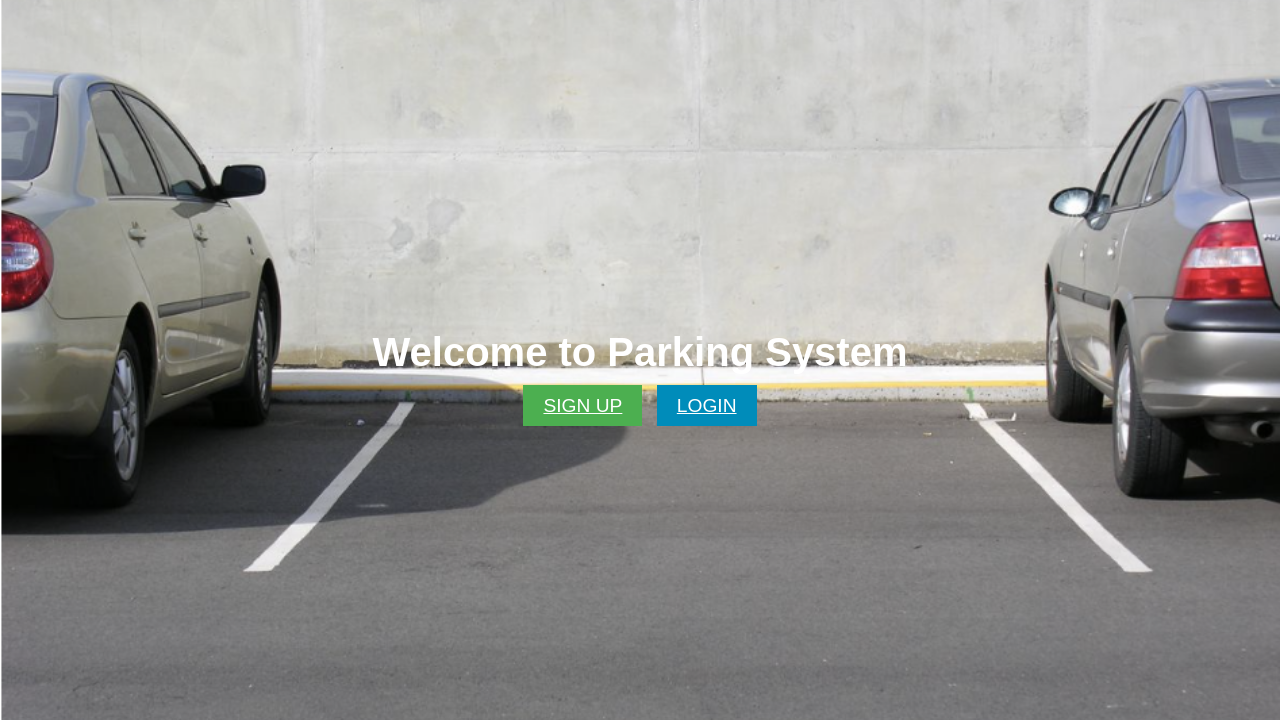
Repository: suryavishakan/parking_management
Page: http://localhost/
An editor plug-in stored every save of this project. The page is shown before and after a run of saves, followed by the edit.
The browser window is 1280 px wide. The pictures show the whole page.
The page is served by the project's application, run on Flask 3 (app.py). Queries for data that is not in the repository find no rows.

Above is the page before, as saved 2024-04-20 08:29:16.

### templates/homePage.html
<!DOCTYPE html>
<html lang="en">
<head>
    <meta charset="UTF-8">
    <meta name="viewport" content="width=device-width, initial-scale=1.0">
    <title>Welcome to Parking System</title>
    <style>
        body {
            margin: 0;
            padding: 0;
            font-family: Arial, sans-serif;
            background-image: url('car_parking_image.jpg');
            background-size: cover;
            background-position: center;
            background-attachment: fixed;
            height: 100vh;
            display: flex;
            justify-content: center;
            align-items: center;
            color: white;
        }
        .container {
            text-align: center;
        }
        h1 {
            font-size: 2.5rem;
            margin-bottom: 20px;
        }
        .btn {
            padding: 10px 20px;
            font-size: 1.2rem;
            text-transform: uppercase;
            border: none;
            cursor: pointer;
            margin: 5px;
        }
        .btn-signup {
            background-color: #4CAF50;
            color: white;
        }
        .btn-login {
            background-color: #008CBA;
            color: white;
        }
        .btn:hover {
            opacity: 0.8;
        }
    </style>
</head>
<body>
    <div class="container">
        <h1>Welcome to Parking System</h1>
        <div>
            <a href="signup.html" class="btn btn-signup">Sign Up</a>
            <a href="login.html" class="btn btn-login">Login</a>
        </div>
    </div>
</body>
</html>

### app.py
from flask import Flask, Response, request, render_template, jsonify, redirect, url_for, request, flash, session
import pymongo
import secrets
import json
from bson.objectid import ObjectId
from bson.json_util import dumps
from functools import wraps

app=Flask(__name__)
app.secret_key = secrets.token_hex(32)

try:
    mongo = pymongo.MongoClient(
        host = 'localhost',
        port = 27017,
        serverSelectionTimeoutMS = 1000
    )
    db = mongo.ParkingManagementSystemDb #connect to mongodb1
    users_collection = db.admin
    user_collection = db["customer"]
    #cart_collection = db["cart"]
    mongo.server_info() #trigger exception if cannot connect to db
except:
    print("Error connecting to MongoDB")

@app.route('/get/admin', methods=['GET'])
def displayall():
  try:
    documents = db.admin.find()
    output = [{item: data[item] for item in data if item != '_id'} for data in documents]
    return jsonify(output)
  except Exception as ex:
    response = Response("Search Records Error!!",status=500,mimetype='application/json')
    return response

# Route for signup page
@app.route('/signup', methods=['GET', 'POST'])
def signup():
    if request.method == 'POST':
        # Get form data
        username = request.form['username']
        password = request.form['password']

        # Check if username already exists
        if user_collection.find_one({'username': username}):
            flash('Username already exists. Please choose a different one.', 'error')
            return redirect(url_for('signup'))

        # Insert user data into database
        user_data = {'username': username, 'password': password}
        user_collection.insert_one(user_data)

        flash('Signup successful. You can now login.', 'success')
        return redirect(url_for('login'))

    return render_template('signup.html')

# Route to get an employee by name
@app.route('/get/user/<user_name>', methods=['GET'])
def get_user_by_name(user_name):
    try:
        # Using a case-insensitive query to match employee name
        document = db.user.find_one({"user_name": {"$regex": f'^{user_name}$', "$options": 'i'}})

        if document:
            # Exclude _id field from the response
            output = {item: document[item] for item in document if item != '_id'}
            return jsonify(output)
        else:
            return Response("USER not found", status=404, mimetype='application/json')

    except Exception as ex:
        app.logger.error(f"Error retrieving user by name: {ex}")
        return Response("Internal Server Error", status=500, mimetype='application/json')

# Route to get all employees
@app.route('/get/allusers', methods=['GET'])
def get_all_users():
    try:
        # Fetch all documents from the 'employee' collection
        documents = db.user.find()

        # Format the response excluding the _id field
        output = [{item: data[item] for item in data if item != '_id'} for data in documents]

        return jsonify(output)

    except Exception as ex:
        app.logger.error(f"Error retrieving all employees: {ex}")
        return Response("Internal Server Error", status=500, mimetype='application/json')

# Route to update employee details by name
@app.route('/update/user/<user_name>', methods=['PUT'])
def update_user_by_name(user_name):
    try:
        # Using a case-insensitive query to match employee name
        result = db.user.update_one(
            {"employee_name": {"$regex": f'^{user_name}$', "$options": 'i'}},
            {"$set": request.get_json()}
        )

        if result.modified_count > 0:
            return Response("User details updated successfully", status=200, mimetype='application/json')
        else:
            return Response("User not found", status=404, mimetype='application/json')

    except Exception as ex:
        app.logger.error(f"Error updating User details by name: {ex}")
        return Response("Internal Server Error", status=500, mimetype='application/json')

@app.route('/')
def homePage():
    try:
        # Fetch all products from the database
        products_cursor = db.product.find()

        # Convert the cursor to a list of dictionaries
        products = list(products_cursor)

        return render_template('homePage.html', products=products)
    except Exception as ex:
        app.logger.error(f"Error fetching products: {ex}")
        flash('Error fetching products', 'error')
        return render_template('homePage.html', products=[])

# Flask route to render the profile page
@app.route('/profile')
def profile():
    try:
        # Assuming you have a collection named 'users' in your MongoDB
        # Fetch user details from the 'users' collection
        user = db.user.find_one({'username': session['username']})

        if user:
            # Render the profile template with the user details
            return render_template('profile.html', user=user)
        else:
            flash('User details not found', 'error')
            return redirect(url_for('login'))
    except Exception as ex:
        app.logger.error(f"Error fetching user details: {ex}")
        flash('Error fetching user details', 'error')
        return redirect(url_for('login'))

@app.route('/select_user_type', methods=['POST'])
def select_user_type():
    user_type = request.form.get('userType')

    if user_type == 'admin':
        return redirect(url_for('login'))
    elif user_type == 'user':
        return redirect(url_for('login'))
    else:
        flash('Invalid user type selected', 'error')
        return redirect(url_for('index'))

# Update the Flask route for handling login
@app.route('/login', methods=['GET', 'POST'])
def login():
    if request.method == 'POST':
        username = request.form.get('username')
        password = request.form.get('password')

        # Query MongoDB for admin details
        admin_user = users_collection.find_one({'username': username, 'password': password})

        if admin_user:
            # Store admin credentials in the session
            session['username'] = username
            session['password'] = password

            return redirect(url_for('admin_panel'))
        else:
            # Query MongoDB for user details
            user_user = db.user.find_one({'username': username, 'password': password})

            if user_user:
                # Store user credentials in the session
                session['username'] = username
                session['password'] = password

                return redirect(url_for('user_details'))
            else:
                flash('Invalid username or password', 'error')

    return render_template('login.html')


# New route for employee details
@app.route('/user_details')
def user_details():
    # Check if user is authenticated as an employee
    try:
    # if 'username' in session and 'password' in session == 'employee':
        # Fetch employee details based on the stored credentials
        user = db.user.find_one({'username': session['username'], 'password': session['password']})

        if user:
            return render_template('user_details.html', user=user)
        else:
            flash('Unauthorized access', 'error')
            return redirect(url_for('login'))

    except Exception as ex:
        app.logger.error(f"Error fetching user data: {ex}")
        flash(f'Error fetching user data: {ex}', 'error')

    return render_template('user_details.html', user={})

# Route to render the update employee page
@app.route('/update_user/<user_name>', methods=['GET', 'POST'])
def update_user_page(user_name):
    try:
        # Fetch the employee details from the database using the employee name
        user = db.user.find_one({"user_name": {"$regex": f'^{user_name}$', "$options": 'i'}})

        if user:
            # Render the update employee page with the employee details
            return render_template('update_user.html', user=user)
        else:
            return Response("User not found", status=404, mimetype='application/json')

    except Exception as ex:
        app.logger.error(f"Error rendering update_user page: {ex}")
        return Response("Internal Server Error", status=500, mimetype='application/json')

# Route to handle the form submission for updating employee details
@app.route('/submit_update_user/<user_name>', methods=['POST'])
def submit_update_user(user_name):
    try:
        # Use the employee name parameter to identify the employee being updated
        user_name = user_name

        # Update the employee details in the database using request.form.to_dict()
        updated_user_data = request.form.to_dict()

        # Assuming you have a 'employee' collection in your MongoDB
        result = db.user.update_one(
            {"user_name": {"$regex": f'^{user_name}$', "$options": 'i'}},
            {"$set": request.form.to_dict()}
        )

        if result.modified_count > 0:
            flash('user details updated successfully', 'success')
        else:
            flash('user not found', 'error')

    except Exception as ex:
        app.logger.error(f"Error updating user details: {ex}")
        flash('Error updating user details', 'error')

    # Redirect to the admin page after the update
    return redirect(url_for('admin'))

# Route for admin panel
@app.route('/admin', methods=['GET', 'POST'])
def admin_panel():
    if 'username' in session and 'password' in session:
        # Check if the user is an admin
        admin_user = users_collection.find_one({'username': session['username'], 'password': session['password']})
        if admin_user:
            # Render the admin panel page
            return render_template('admin.html')

    # If user is not authenticated or not an admin, redirect to login page
    flash('Unauthorized access', 'error')
    return redirect(url_for('login'))


if __name__ == '__main__':
    app.run(port=5000, debug=True)

After the next 2 saves:
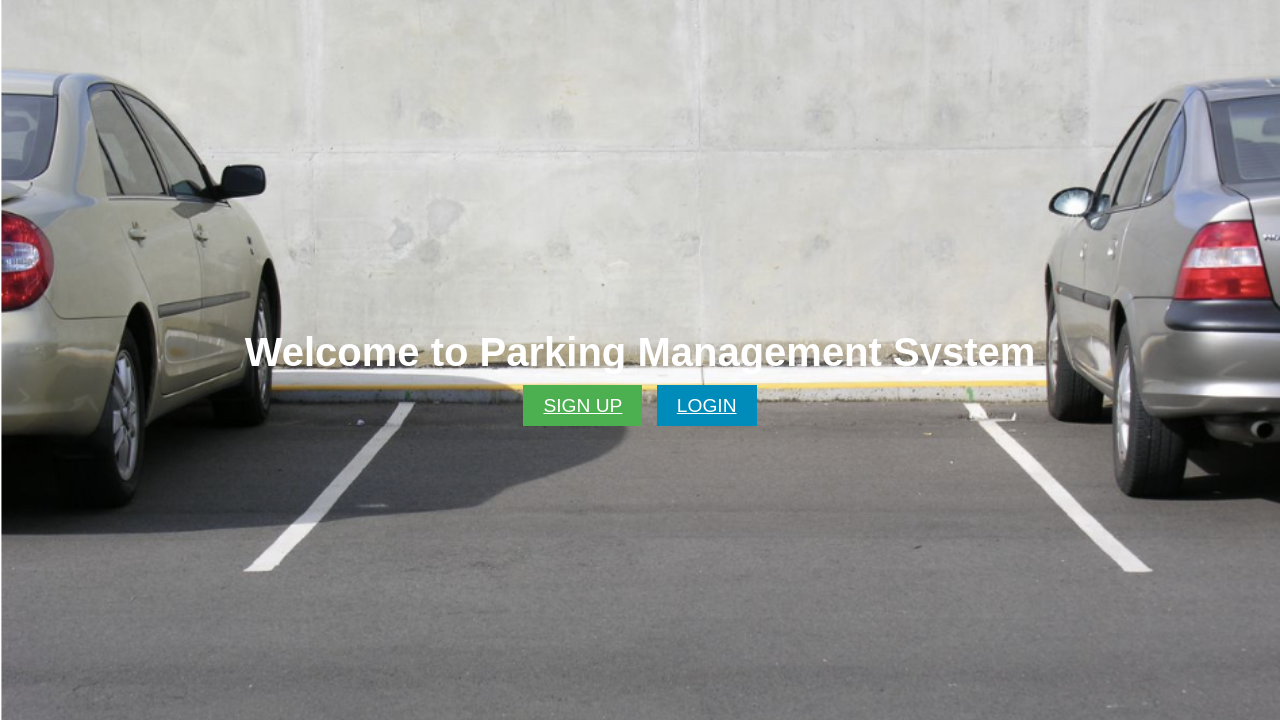
The 2 saves are shown as one change because they came seconds apart.
The last was saved 3 min 46 s later.
--- a/templates/homePage.html
+++ b/templates/homePage.html
@@ -49,7 +49,7 @@
 </head>
 <body>
     <div class="container">
-        <h1>Welcome to Parking System</h1>
+        <h1>Welcome to Parking Management System</h1>
         <div>
             <a href="signup.html" class="btn btn-signup">Sign Up</a>
             <a href="login.html" class="btn btn-login">Login</a>
